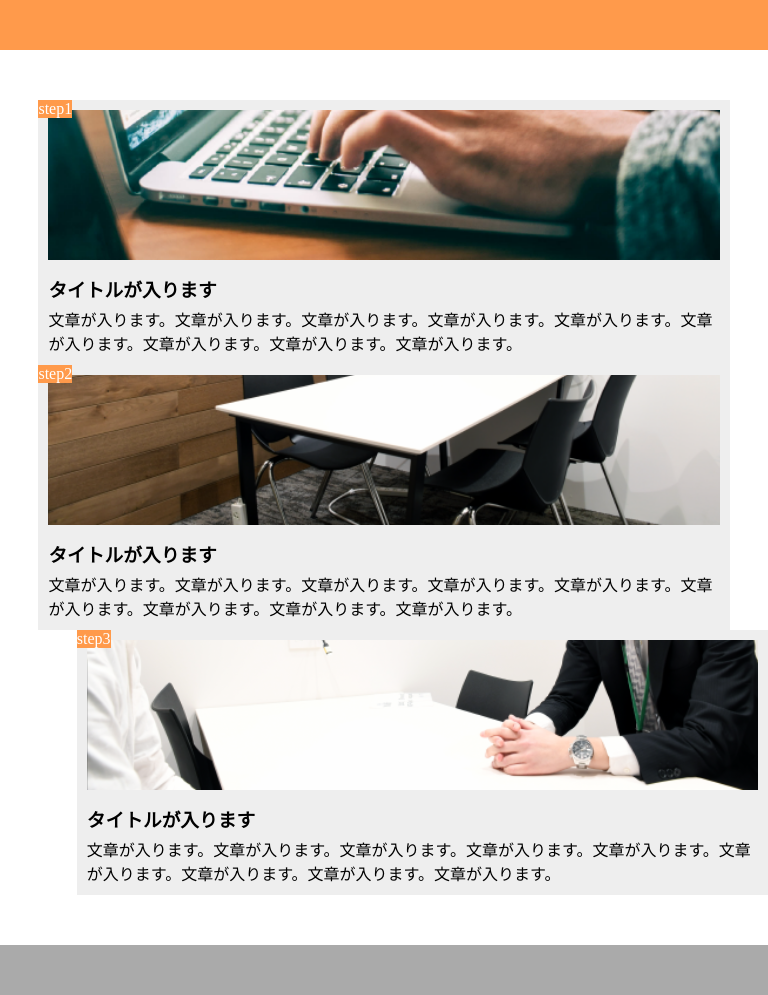
Repository: cyaomasa/java-
Page: chapter9/index9-2.html
The author's editor kept a record of every edit. The page is drawn from the files as they stood at one moment, then again after the next edit.
The browser window is 768 px wide. The pictures show the whole page.
Some web libraries are served in a nearby version.

Above is the page before.

After the next edit:
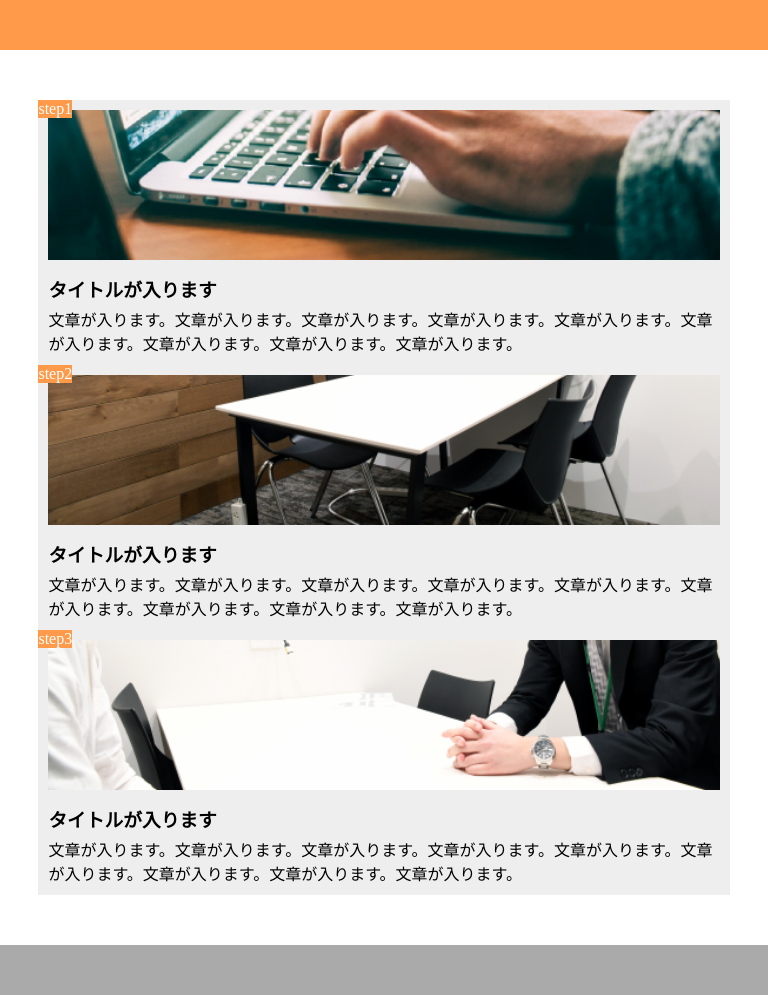
The edit:
--- a/chapter9/style9-2.css
+++ b/chapter9/style9-2.css
@@ -82,6 +82,11 @@
 .category {
   position: block;
 }
+
+.blog-item:last-child {
+  margin-right: auto;
+}
+
 footer {
   width: 100%;
 }
